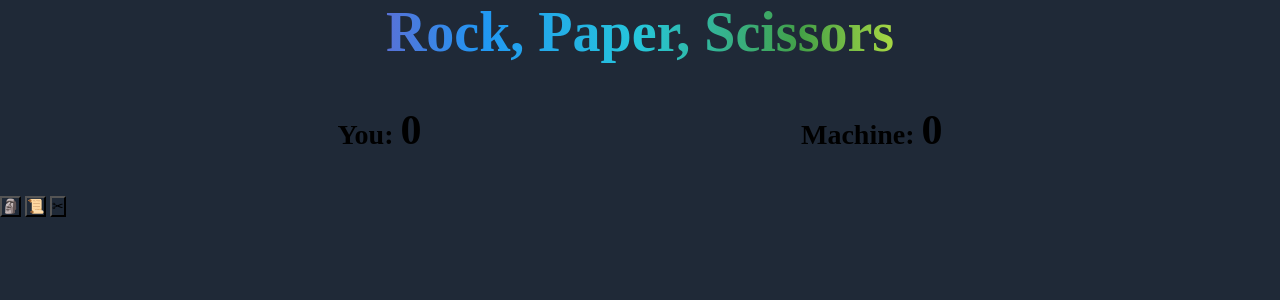
Repository: dung8466/RPS
Page: index.html
The author's editor kept a copy of each file at every save. The page is drawn from the files as they stood at one save, then again after the next save.
The browser window is 1280 px wide. The pictures show the whole page.

Above is the page before, as saved 2022-07-01 21:11:13.

### index.html
<!DOCTYPE html>
<html lang="en">
<head>
    <meta charset="UTF-8">
    <meta http-equiv="X-UA-Compatible" content="IE=edge">
    <meta name="viewport" content="width=device-width, initial-scale=1.0">
    <title>Fun Game</title>
    <link rel="stylesheet" href="style.css">
    <script src="script.js" defer></script>
</head>
<body>
    <h1 class="header">
        Rock, Paper, Scissors
    </h1>
    <div class="result flex-box">
        <div class="player-result">
            You: <span class="result-text" data-player-result>0</span>
        </div>
        <div class="machine-result">
            Machine: <span class="result-text" data-machine-result>0</span>
        </div>
    </div>
    <div class="selections">
        <button class="selection" data-selection="rock">🗿</button>
        <button class="selection" data-selection="paper">📜</button>
        <button class="selection" data-selection="scissor">✂</button>
    </div>
</body>
</html>

### style.css
*{
    font-family: 'Times New Roman', Times, serif;
    font-size: 14px;
    margin: 0;
    padding: 0;
    background-color: #1f2937;
}

.flex-box{
    display: flex;
    align-items: center;
    justify-content: space-evenly;
    align-content: space-between;
    gap: 3em;
}
.header{
    font-size: 4em;
    font-weight: bold;
    background: linear-gradient(to right, #ef5350, #f48fb1, #7e57c2, #2196f3, #26c6da, #43a047, #eeff41, #f9a825, #ff5722);
    -webkit-background-clip: text;
    -webkit-text-fill-color: transparent;
    text-align: center;
}

.result{
    margin-top: 3em;
    margin-bottom: 3em;
    font-weight: bold;
}
.result div{
    font-size: 2em;
}
.result div span{
    font-size: 1.5em;
}

### script.js
const selection = [
    {
        name: 'rock',
        emoji: '🗿',
        beats: 'scissors',
    },
    {
        name: 'paper',
        emoji: '📜',
        beats: 'rock',
    },
    {
        name: 'scissors',
        emoji: '✂',
        beats: 'paper',
    }
]
const selectionButtons = document.querySelectorAll('[data-selection]')
const finalColumn = document.querySelector('[data-final-column]')
const computerScoreSpan = document.querySelector('[data-machine-score]')
const yourScoreSpan = document.querySelector('[data-player-score]')

selectionButtons.forEach(selectionButton => {
    selectionButton.addEventListener('click', e => {
      const selectionName = selectionButton.dataset.selection
      const selection = SELECTIONS.find(selection => selection.name === selectionName)
      makeSelection(selection)
    })
  })

  function makeSelection(selection) {
    const computerSelection = randomSelection()
    const yourWinner = isWinner(selection, computerSelection)
    const computerWinner = isWinner(computerSelection, selection)

    addSelectionResult(computerSelection, computerWinner)
    addSelectionResult(selection, yourWinner)

    if (yourWinner) incrementScore(yourScoreSpan)
    if (computerWinner) incrementScore(computerScoreSpan)
  }

  function incrementScore(scoreSpan) {
    scoreSpan.innerText = parseInt(scoreSpan.innerText) + 1
  }

  function addSelectionResult(selection, winner) {
    const div = document.createElement('div')
    div.innerText = selection.emoji
    div.classList.add('result-selection')
    if (winner) div.classList.add('winner')
    finalColumn.after(div)
  }

  function isWinner(selection, opponentSelection) {
    return selection.beats === opponentSelection.name
  }

  function randomSelection() {
    const randomIndex = Math.floor(Math.random() * SELECTIONS.length)
    return SELECTIONS[randomIndex]
  }

After the next save:
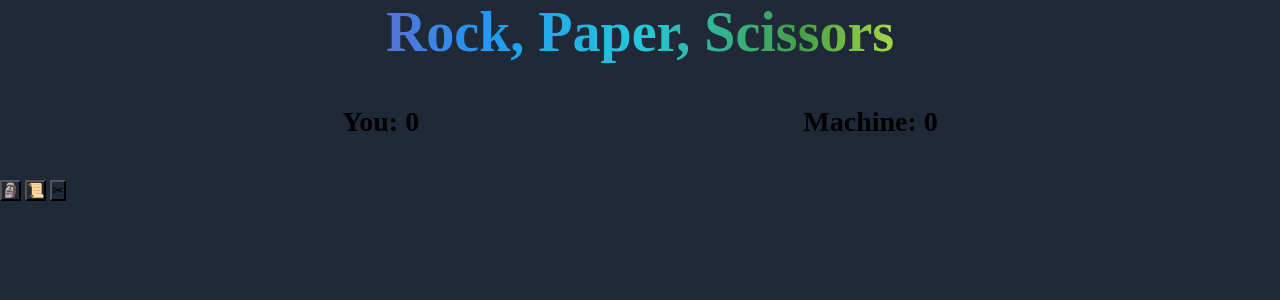
Saved 4 s later.
--- a/style.css
+++ b/style.css
@@ -31,5 +31,5 @@
     font-size: 2em;
 }
 .result div span{
-    font-size: 1.5em;
+    font-size: 1em;
 }
